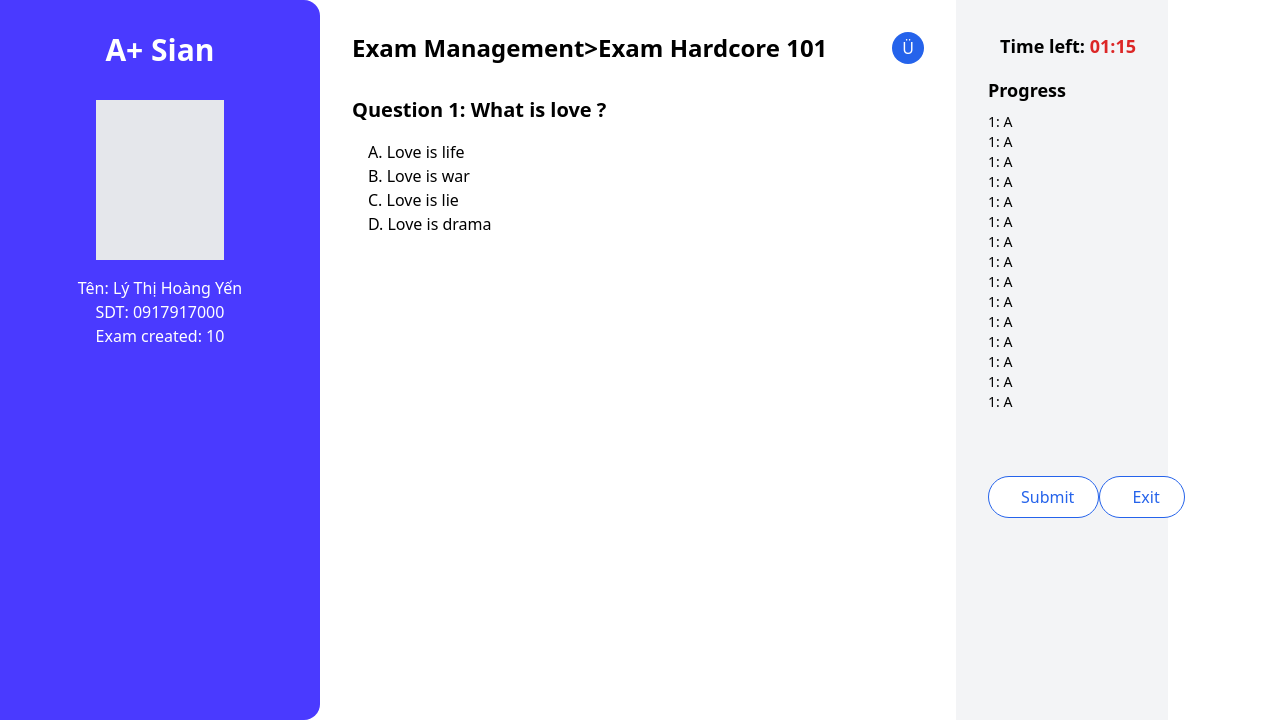
Repository: LyThiHoangYen/A_client
Page: / (app in online-exam-system-frontend/)
The author's editor kept a copy of each file at every save. The page is drawn from the files as they stood at one save, then again after the next save.
The browser window is 1280 px wide. The pictures show the whole page.
The project was rebuilt for these pictures with package versions that can differ from the ones it lists, and the page was loaded fresh each time.

Above is the page before, as saved 2024-10-23 14:28:00.

After the next save:
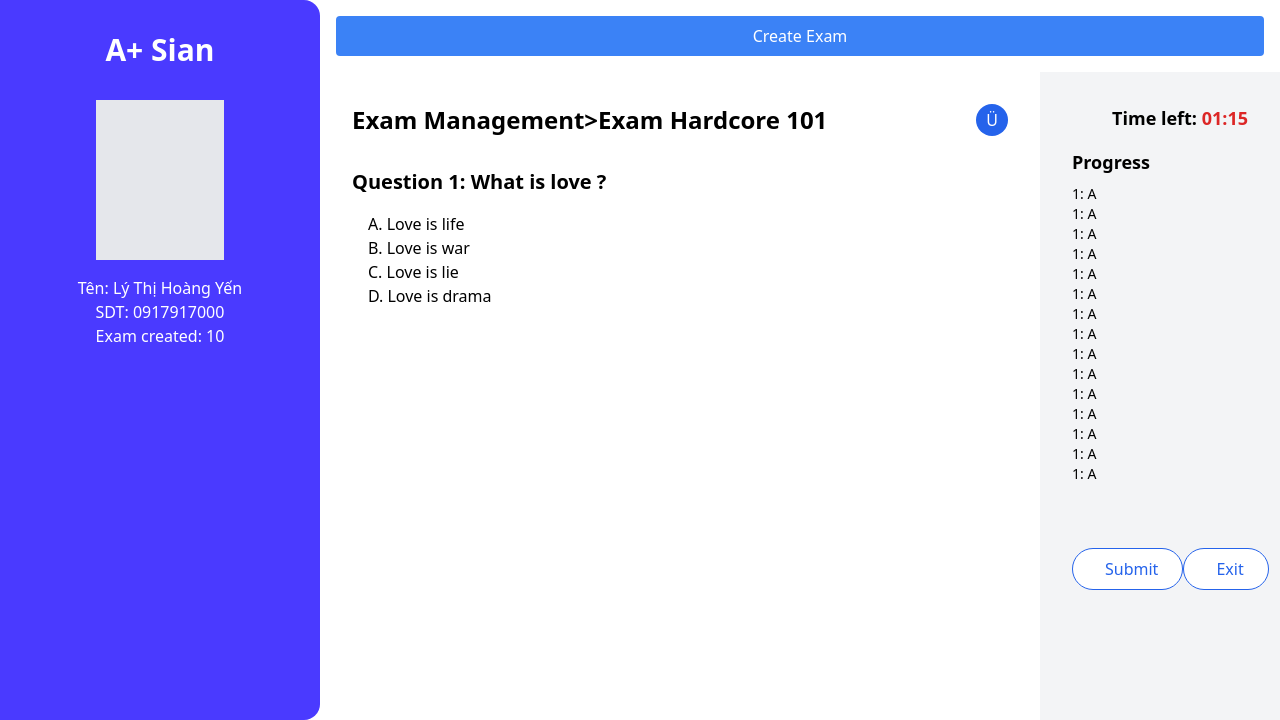
Saved 27 s later.
--- a/online-exam-system-frontend/src/App.js
+++ b/online-exam-system-frontend/src/App.js
@@ -5,7 +5,10 @@
   return (
     <div className="flex h-screen">
       <Sidebar />
-      <StudentExamPage />
+      <div className="flex flex-col flex-grow">
+        <button className="m-4 p-2 bg-blue-500 text-white rounded">Create Exam</button>
+        <StudentExamPage />
+      </div>
     </div>
   );
 }

After the save that followed:
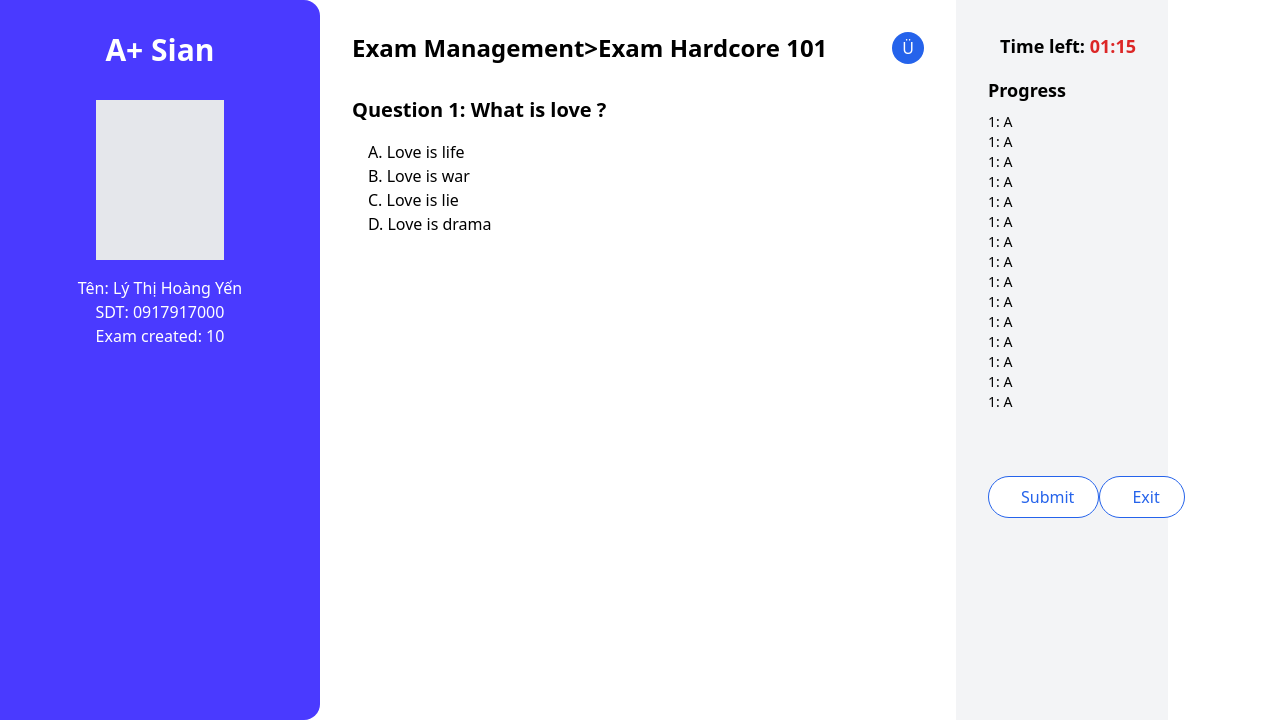
Saved 14 s later.
--- a/online-exam-system-frontend/src/App.js
+++ b/online-exam-system-frontend/src/App.js
@@ -5,10 +5,7 @@
   return (
     <div className="flex h-screen">
       <Sidebar />
-      <div className="flex flex-col flex-grow">
-        <button className="m-4 p-2 bg-blue-500 text-white rounded">Create Exam</button>
-        <StudentExamPage />
-      </div>
+      <StudentExamPage />
     </div>
   );
 }
